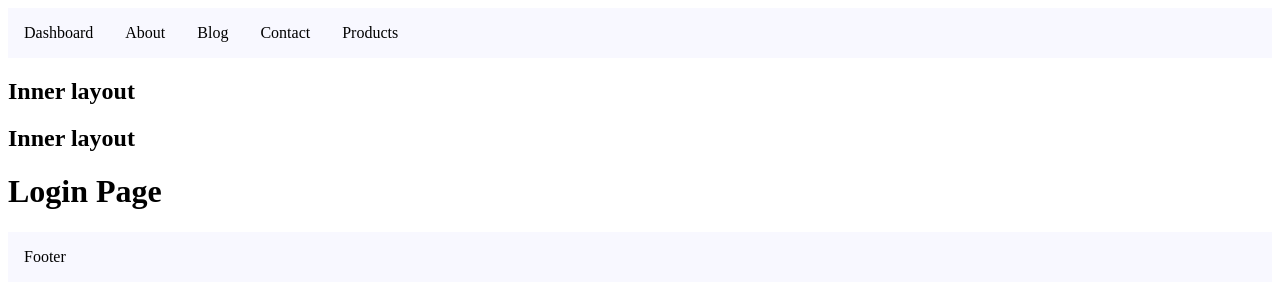
Repository: Mbote-Joseph/Nextjs-Learning
Page: /login
The author's editor kept a copy of each file at every save. The page is drawn from the files as they stood at one save, then again after the next save.
The browser window is 1280 px wide. The pictures show the whole page.
The project was rebuilt for these pictures with package versions that can differ from the ones it lists, and the page was loaded fresh each time. The framework's server and built-in components were replaced by stand-ins that run in the browser. Also part of the build but not shown: next.config.mjs.

Above is the page before, as saved 2024-09-17 18:39:44.

After the next save:
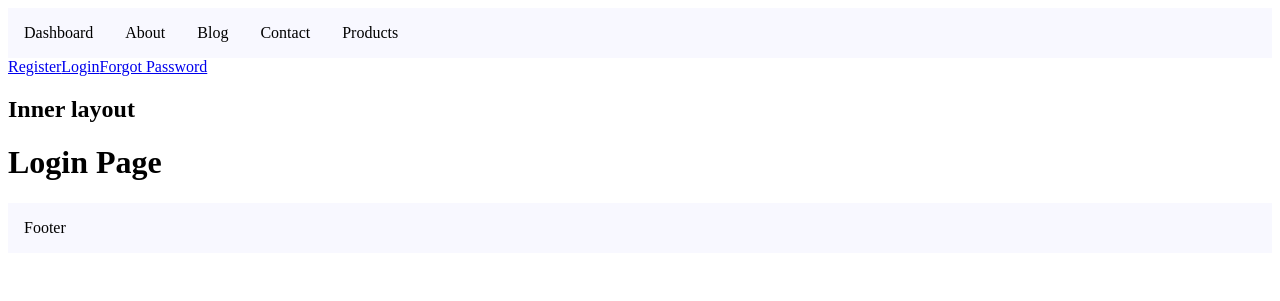
Saved 17 min 25 s later.
--- a/src/app/(auth)/layout.tsx
+++ b/src/app/(auth)/layout.tsx
@@ -1,3 +1,10 @@
+import Link from "next/link";
+
+const navLink = [
+    {name: "Register", href: "/register" },
+    {name: "Login", href:"login"},
+    {name: "Forgot Password", href: "/forgot-password"}
+]
 export default function AuthLayout({
     children,
 }: {
@@ -5,7 +12,14 @@ export default function AuthLayout({
 }){
     return (
         <div>
-            <h2>Inner layout</h2>
+            {navLink.map((link) => {
+                return (
+                    <Link href={link.href} key={link.name}>
+                        {link.name}
+                    </Link>
+                );
+            })}
+            {/* <h2>Inner layout</h2> */}
             {children}
         </div>
     )
